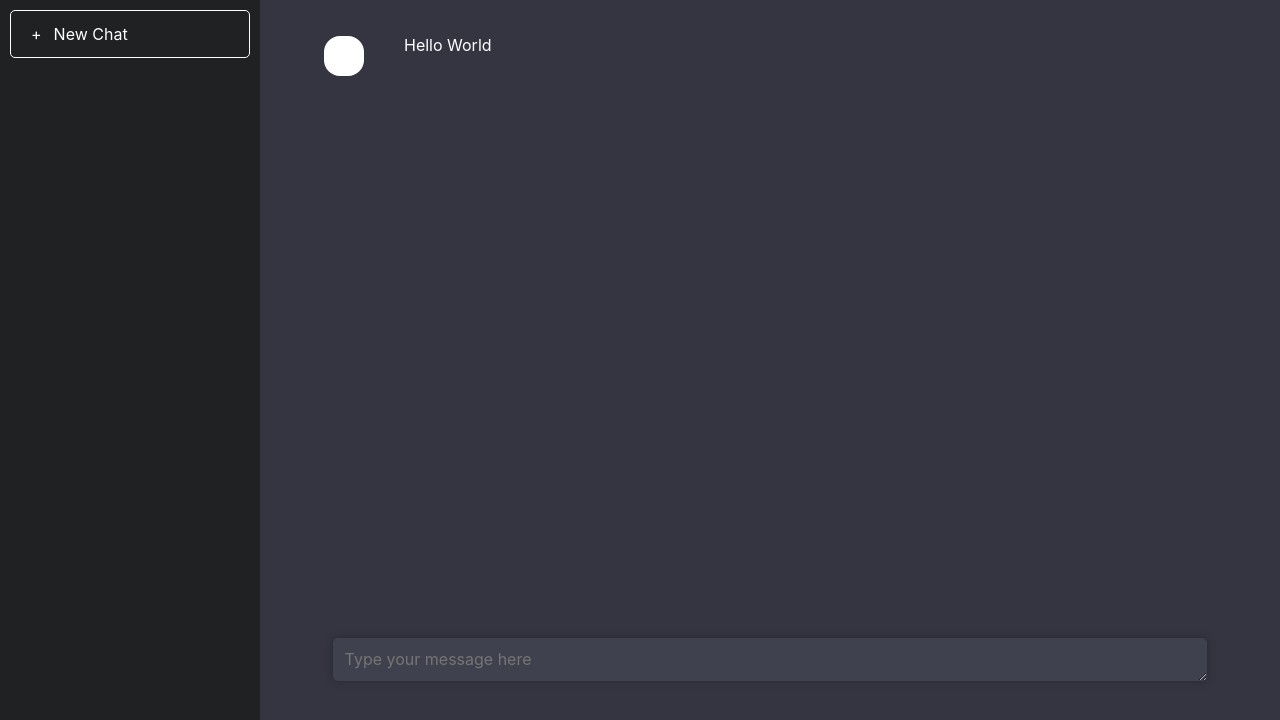
Repository: lancenigel/ChatGPT-Clone
Page: / (app in client/)
An editor plug-in stored every save of this project. The page is shown before and after the next save, followed by the edit.
The browser window is 1280 px wide. The pictures show the whole page.
The project was rebuilt for these pictures with package versions that can differ from the ones it lists, and the page was loaded fresh each time.

Above is the page before, as saved 2024-02-04 00:39:17.

### client/src/App.js
import logo from "./logo.svg";
import "./App.css";
import "./normalize.css";

function App() {
  return (
    <div className="App">
      <aside className="sidemenu">
        <div className="sidemenu-button">
          <span className="sidemenu-button-span">+</span>
          New Chat
        </div>
      </aside>
      <section className="chatbox">
        <div className="chat-log">
          <div className="chat-message">
            <div className="avatar"></div>
            <div className="message">Hello World</div>
          </div>
        </div>

        <div className="chat-input-holder">
          <textarea
            rows="1"
            className="chat-input-textarea"
            placeholder="Type your message here"
          ></textarea>
        </div>
      </section>
    </div>
  );
}

export default App;

### client/src/App.css
.App {
  text-align: center;
  display: flex;
  background-color: #282c34;
  color: white;
  position: absolute;
  top:0;bottom:0;right:0;left:0;
}

.chatbox {
  flex: 1;
  background-color: #343541;
  position:relative;
}

.chat-log{
  padding: 24px;
  text-align: left;
  display: flex;
}

.chat-message{
  padding: 12px;
  display: flex;
  padding-left: 40px;
  padding-right: 40px;
}

.avatar{
  background: white;
  border-radius: 40%;
  width: 40px;
  height: 40px;
}

.message{
  padding-left: 40px;
  padding-right: 40px;

}


.chat-input-holder {
  padding: 24px;
  position: absolute;
  bottom:0;
  left:0; right:0;
}

.chat-input-textarea{
  background-color: #40414f;
  width: 90%;
  border-radius: 5px;
  padding: 12px;
  color:white;
  border: none;
  margin: 12px;
  outline: none;
  box-shadow: 0 0px 8px 0 rgb(0,0,0, 0.25);
}

.sidemenu {
  width: 260px;
  padding: 10px;
  background-color: #202123;
}

.sidemenu-button {
  border: 1px solid white;
  padding: 14px;
  border-radius: 5px;
  text-align: left;
  transition: ease 0.2s all;
}

.sidemenu-button:hover {
  background-color: rgb(255, 255, 255, 0.1);
}

.sidemenu-button-span{
  padding-left: 6px;
  padding-right: 12px;
}

.App-logo {
  height: 40vmin;
  pointer-events: none;
}

@media (prefers-reduced-motion: no-preference) {
  .App-logo {
    animation: App-logo-spin infinite 20s linear;
  }
}

.App-header {
  background-color: #282c34;
  min-height: 100vh;
  display: flex;
  flex-direction: column;
  align-items: center;
  justify-content: center;
  font-size: calc(10px + 2vmin);
  color: white;
}

.App-link {
  color: #61dafb;
}


@keyframes App-logo-spin {
  from {
    transform: rotate(0deg);
  }
  to {
    transform: rotate(360deg);
  }
}

Loaded but not shown: client/public/index.html (common file); client/src/index.js (common file); client/src/index.css (common file); client/src/reportWebVitals.js (common file); client/src/normalize.css (library)

After the next save:
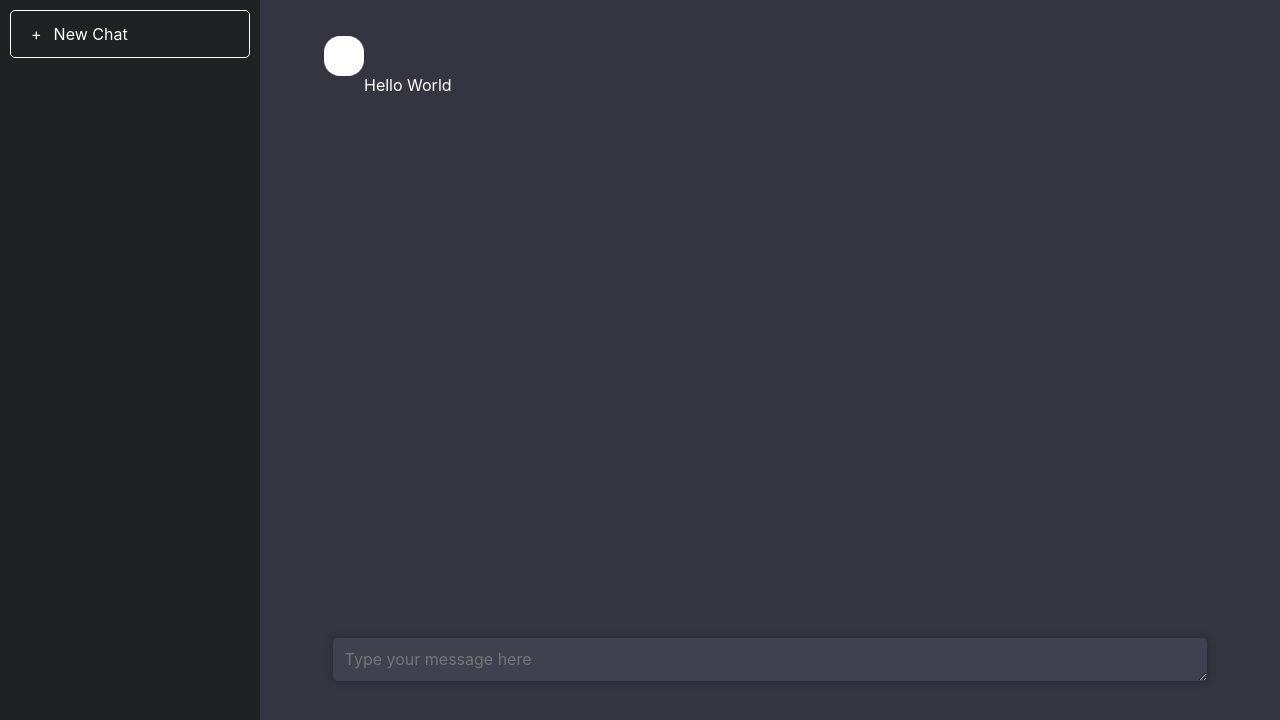
Saved 102 s later.
--- a/client/src/App.js
+++ b/client/src/App.js
@@ -14,8 +14,10 @@
       <section className="chatbox">
         <div className="chat-log">
           <div className="chat-message">
-            <div className="avatar"></div>
-            <div className="message">Hello World</div>
+            <div className="chat-message-center">
+              <div className="avatar"></div>
+              <div className="message">Hello World</div>
+            </div>
           </div>
         </div>
 
